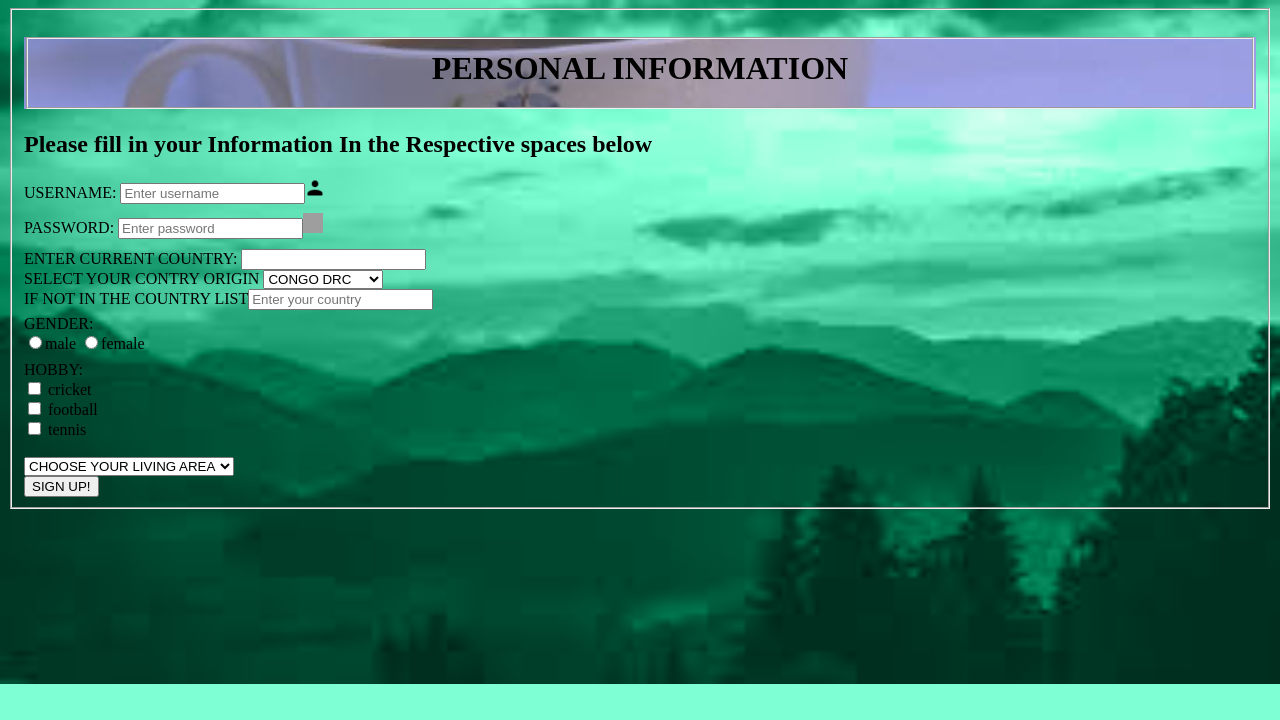
Repository: mirambialex/myform
Page: website/INDEX.HTML
These files come from the project's save history. The page is drawn as it stood at one moment and after the next save; the edit follows.
The browser window is 1280 px wide. The pictures show the whole page.
Pictures or frames that could not be fetched are drawn as grey boxes.

Above is the page before, as saved 2024-04-16 11:55:15.

After the next save:
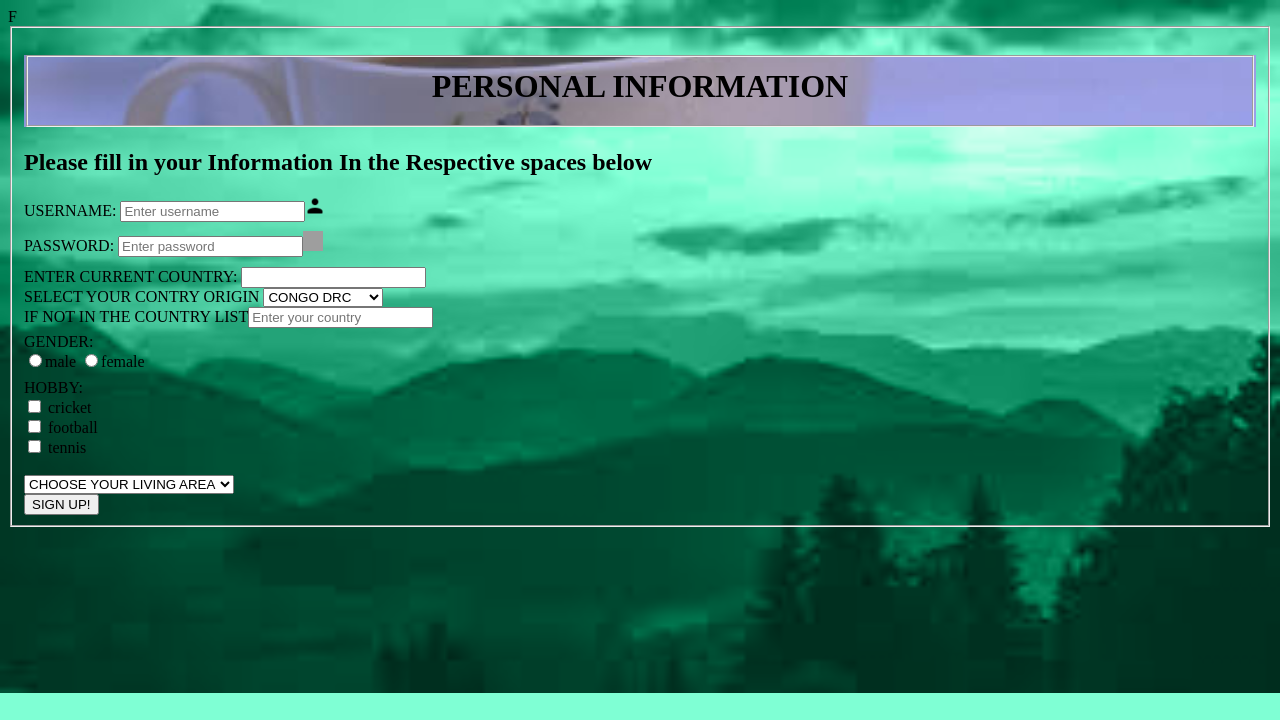
Saved 23 h 11 min later.
--- a/website/INDEX.HTML
+++ b/website/INDEX.HTML
@@ -6,7 +6,7 @@
     <LINK REL="STYLESHEET" HREF="STYLE.CSS">
 </head>
 <body>
-    <FIEldset>
+   F <FIEldset>
             <DIV class="AI">
                 <h1><FIEldset>PERSONAL INFORMATION </FIEldset></h1>
 </DIV>

After the 2 saves that followed:
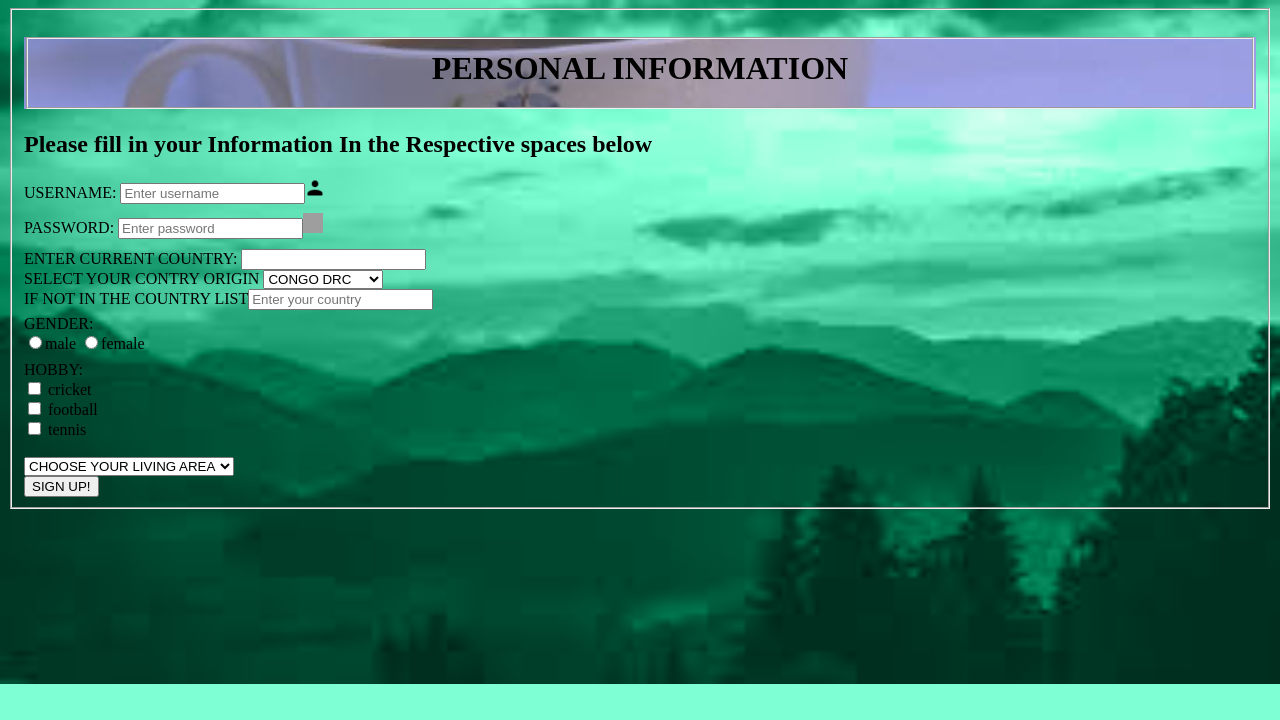
The 2 saves are shown as one change because they came seconds apart.
The last was saved 7 s later.
--- a/website/INDEX.HTML
+++ b/website/INDEX.HTML
@@ -6,7 +6,7 @@
     <LINK REL="STYLESHEET" HREF="STYLE.CSS">
 </head>
 <body>
-   F <FIEldset>
+   <FOrm></FOrm> <FIEldset>
             <DIV class="AI">
                 <h1><FIEldset>PERSONAL INFORMATION </FIEldset></h1>
 </DIV>
